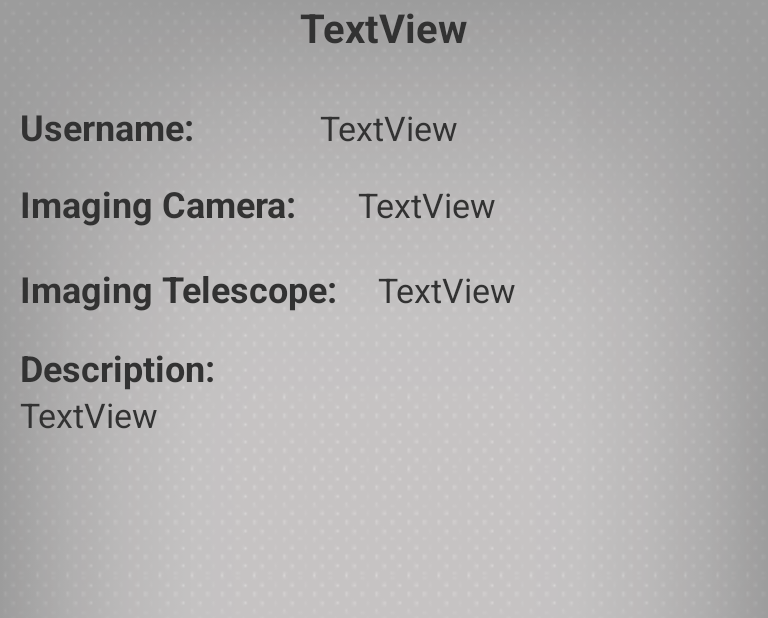
Repository: arianaantonio/APD2
Layout: AstroPix/res/layout/fragment_detail.xml
The author's editor kept a copy of each file at every save. The layout is drawn from the files as they stood at one save, then again after the next save.
The pictures show rows 0 to 618 of an output 1280 px tall.
Pictures or frames that could not be fetched are drawn as grey boxes. It is drawn on a 768 x 1280 px phone screen (xhdpi) without system bars, with theme AppTheme; the app's code is not run.

Above is the layout before, as saved 2014-09-18 18:49:07.

After the next save:
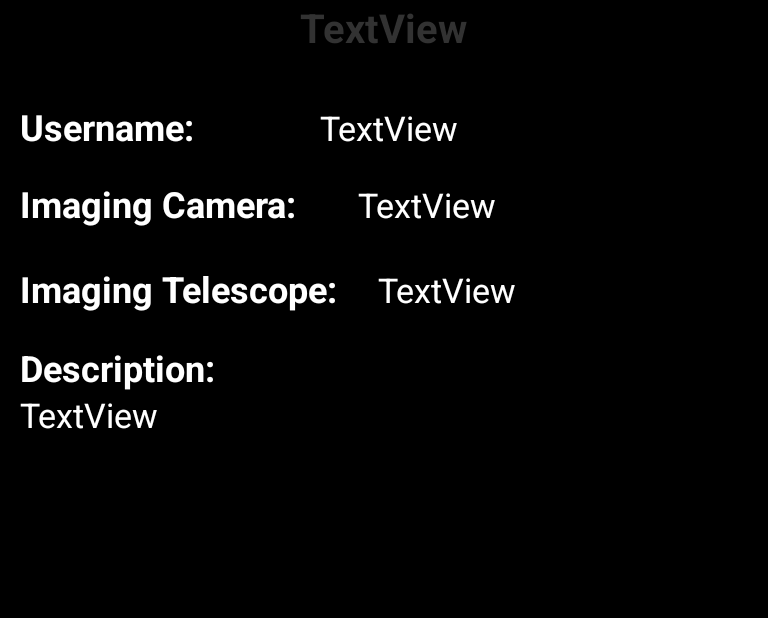
Saved 2 days later.
--- a/AstroPix/res/layout/fragment_detail.xml
+++ b/AstroPix/res/layout/fragment_detail.xml
@@ -3,7 +3,7 @@
 android:layout_width="match_parent"
 android:layout_height="match_parent"
 android:orientation="vertical"
-android:background="@drawable/background" >
+android:background="@color/Black" >
 <TextView
 android:id="@+id/textView1"
 android:layout_width="wrap_content"
@@ -20,6 +20,7 @@ android:layout_height="wrap_content"
 android:layout_marginRight="10dp"
 android:layout_alignBaseline="@+id/textView2"
 android:layout_alignBottom="@+id/textView2"
+android:textColor="@color/white"
 android:layout_marginLeft="10dp"
 android:layout_alignLeft="@+id/textView1"
 android:layout_alignParentRight="true"
@@ -31,6 +32,7 @@ android:layout_width="wrap_content"
 android:layout_height="wrap_content"
 android:layout_above="@+id/textView5"
 android:layout_alignParentRight="true"
+android:textColor="@color/white"
 android:layout_marginLeft="10dp"
 android:layout_marginRight="10dp"
 android:layout_toRightOf="@+id/textView5"
@@ -44,6 +46,7 @@ android:layout_above="@+id/textView6"
 android:layout_marginLeft="10dp"
 android:layout_alignLeft="@+id/textView7"
 android:layout_alignParentRight="true"
+android:textColor="@color/white"
 android:layout_marginRight="16dp"
 android:text="TextView"
 android:textSize="17sp" />
@@ -54,6 +57,7 @@ android:layout_height="wrap_content"
 android:layout_alignParentLeft="true"
 android:layout_alignParentRight="true"
 android:layout_below="@+id/textView6"
+android:textColor="@color/white"
 android:layout_marginLeft="10dp"
 android:layout_marginRight="10dp"
 android:lines="5"
@@ -66,6 +70,7 @@ android:layout_height="wrap_content"
 android:layout_alignParentLeft="true"
 android:layout_below="@+id/textView4"
 android:layout_marginTop="18dp"
+android:textColor="@color/white"
 android:text="@string/telescope"
 android:layout_marginLeft="10dp"
 android:textSize="18sp"
@@ -77,6 +82,7 @@ android:layout_height="wrap_content"
 android:layout_alignParentLeft="true"
 android:layout_below="@+id/textView5"
 android:layout_marginTop="15dp"
+android:textColor="@color/white"
 android:text="@string/description"
 android:layout_marginLeft="10dp"
 android:textSize="18sp"
@@ -89,6 +95,7 @@ android:layout_alignParentLeft="true"
 android:layout_below="@+id/textView2"
 android:layout_marginTop="14dp"
 android:text="@string/camera"
+android:textColor="@color/white"
 android:layout_marginLeft="10dp"
 android:textSize="18sp"
 android:textStyle="bold" />
@@ -99,6 +106,7 @@ android:layout_height="wrap_content"
 android:layout_alignParentLeft="true"
 android:layout_below="@+id/textView1"
 android:layout_marginTop="24dp"
+android:textColor="@color/white"
 android:text="@string/username"
 android:layout_marginLeft="10dp"
 android:textSize="18sp"
